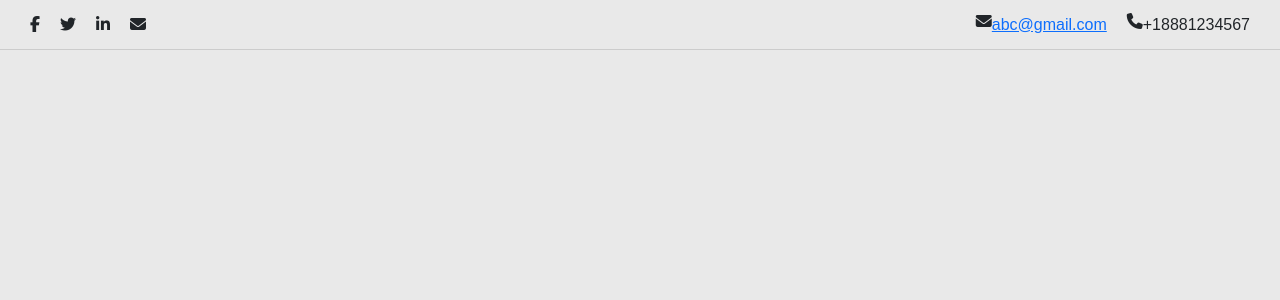
Repository: arehmanraza/lawyer_website
Page: Pages/index.html
An editor plug-in stored every save of this project. The page is shown before and after a run of saves, followed by the edit.
The browser window is 1280 px wide. The pictures show the whole page.
Some web libraries are served in a nearby version.

Above is the page before, as saved 2024-05-22 01:17:14.

### Pages/index.html
<!DOCTYPE html>
<html lang="en">
  <head>
    <meta charset="utf-8" />
    <meta name="viewport" content="width=device-width, initial-scale=1" />
    <title>The Lawyer</title>
    <link
      rel="stylesheet"
      href="https://pro.fontawesome.com/releases/v5.10.0/css/all.css"
      integrity="sha384-AYmEC3Yw5cVb3ZcuHtOA93w35dYTsvhLPVnYs9eStHfGJvOvKxVfELGroGkvsg+p"
      crossorigin="anonymous"
    />
    <link rel="stylesheet" href="/Styling/style.css" />
    <link
      rel="stylesheet"
      href="https://cdnjs.cloudflare.com/ajax/libs/font-awesome/6.5.2/css/all.min.css"
      integrity="sha512-SnH5WK+bZxgPHs44uWIX+LLJAJ9/2PkPKZ5QiAj6Ta86w+fsb2TkcmfRyVX3pBnMFcV7oQPJkl9QevSCWr3W6A=="
      crossorigin="anonymous"
      referrerpolicy="no-referrer"
    />
    <link
      href="https://cdn.jsdelivr.net/npm/bootstrap@5.3.3/dist/css/bootstrap.min.css"
      rel="stylesheet"
      integrity="sha384-QWTKZyjpPEjISv5WaRU9OFeRpok6YctnYmDr5pNlyT2bRjXh0JMhjY6hW+ALEwIH"
      crossorigin="anonymous"
    />
  </head>
  <body>
    <div class="main-container">
      <div class="head_top">
        <div class="head_top_left">
          <ul>
            <li>
              <i class="fa-brands fa-facebook-f"></i>
            </li>
            <li>
              <i class="fa-brands fa-twitter"></i>
            </li>
            <li>
              <i class="fa-brands fa-linkedin-in"></i>
            </li>
            <li>
              <i class="fa-solid fa-envelope"></i>
            </li>
          </ul>
        </div>
        <div class="head_top_right">
          <ul>
            <li class="d-flex">
              <i class="fa-solid fa-envelope"></i>
              <span><a href = "mailto: a.rehman78766@gmail.com">abc@gmail.com</a></span>
            </li>
            <li>
              <i class="fa-solid fa-phone"></i>
              <span>+18881234567</span>

            </li>
          </ul>
        </div>
      </div>
    </div>
    <script
      src="https://cdn.jsdelivr.net/npm/bootstrap@5.3.3/dist/js/bootstrap.bundle.min.js"
      integrity="sha384-YvpcrYf0tY3lHB60NNkmXc5s9fDVZLESaAA55NDzOxhy9GkcIdslK1eN7N6jIeHz"
      crossorigin="anonymous"
    ></script>
  </body>
</html>

### Styling/style.css
*{
    margin: 0;
    padding: 0;
    box-sizing: border-box;
    font-family: Arial, Helvetica, sans-serif, "Montserrat";
}
.main-container{
    background-color: #e9e9e9;
    width: 100%;
    height: 100vh;
    padding: 0px;
}

.head_top {
    width: 100%;
    height: 50px;
    display: flex;
    justify-content: space-between;
    align-items: center; /* Center items vertically */
    border-bottom: 1px solid #ccc;
    padding: 0px 20px;
}

.head_top_left {

    display: flex; /* Ensure the left container is also using flexbox */
    align-items: center; /* Center items vertically */
}
.head_top_left ul {
    display: flex;
    width: 50%;
    list-style: none;
    padding: 0;
    margin: 0;
}
.head_top_left ul li{
    padding: 0px 10px;
}
.head_top_right{
    display: flex;
    align-items: center;
}
.head_top_right ul{
    display: flex;
    width: 50%;
    list-style: none;
    padding: 0;
    margin: 0;
}
.head_top_right ul li{
    padding: 0px 10px;
    display: flex;
    justify-content: center;
}

After the next 2 saves:
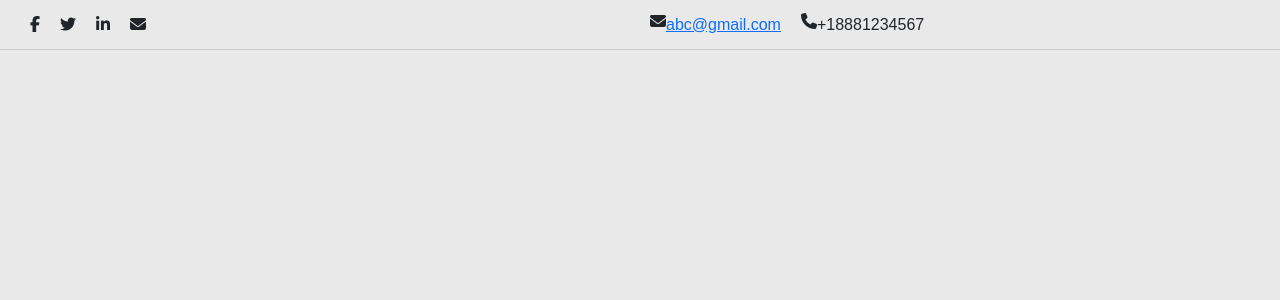
The 2 saves are shown as one change because they came seconds apart.
The last was saved 16 s later.
--- a/Styling/style.css
+++ b/Styling/style.css
@@ -39,10 +39,11 @@
 .head_top_right{
     display: flex;
     align-items: center;
+    width: 50%;
 }
 .head_top_right ul{
     display: flex;
-    width: 50%;
+
     list-style: none;
     padding: 0;
     margin: 0;
